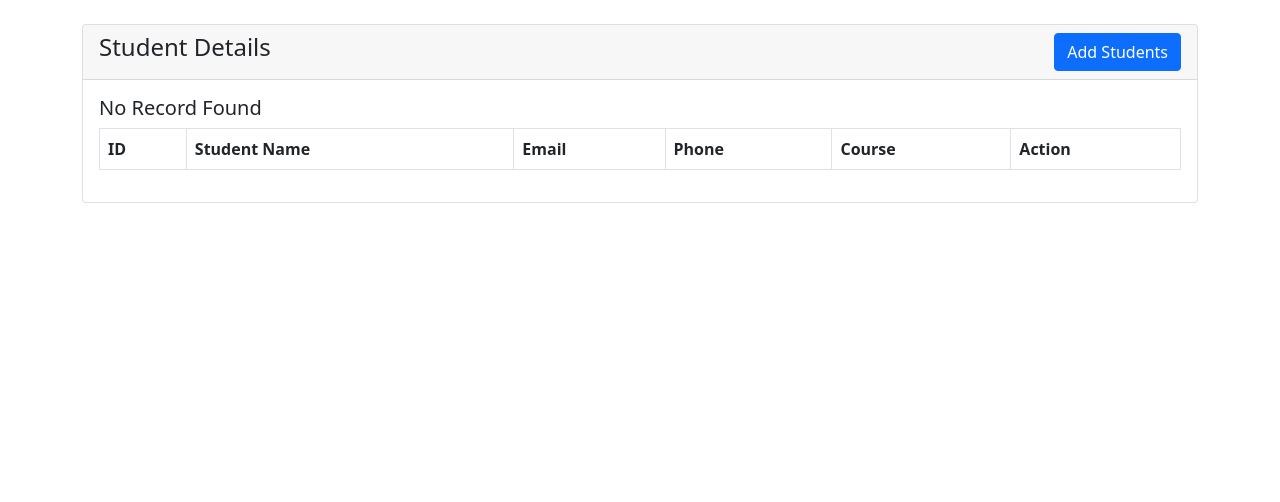
Repository: laurentbul/ApplicationEssai
Page: http://localhost/
The author's editor kept a copy of each file at every save. The page is drawn from the files as they stood at one save, then again after the next save.
The browser window is 1280 px wide. The pictures show the whole page.
The page is run by PHP 8.4 with error messages shown; the project is at /var/www/html/. Queries for data that is not in the repository find no rows.

Above is the page before, as saved 2023-04-13 06:51:39.

After the next save:
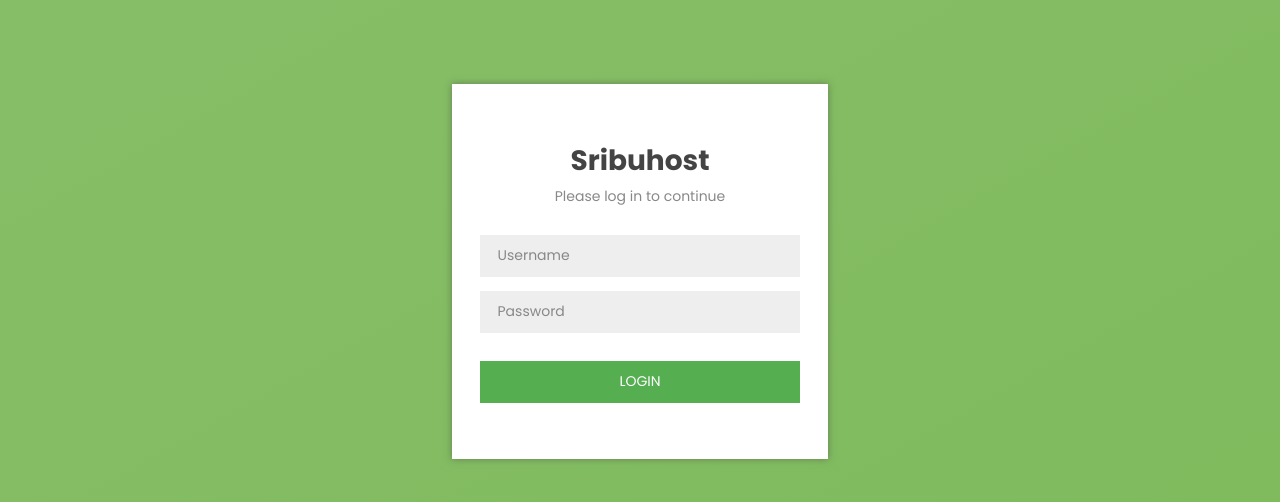
Saved 24 s later.
--- a/crud2/index.php
+++ b/crud2/index.php
@@ -1,89 +1,46 @@
 <?php
-    session_start();
-    require 'dbcon.php';
+
+session_start();
+
+if (isset($_SESSION['name'])) {
+  header('location: ./home.php');
+  exit;
+}
+
 ?>
-<!doctype html>
+
+<!DOCTYPE html>
 <html lang="en">
-  <head>
-    <!-- Required meta tags -->
-    <meta charset="utf-8">
-    <meta name="viewport" content="width=device-width, initial-scale=1">
 
-    <!-- Bootstrap CSS -->
-    <link href="https://cdn.jsdelivr.net/npm/bootstrap@5.1.3/dist/css/bootstrap.min.css" rel="stylesheet">
+<head>
+  <meta charset="UTF-8" />
+  <meta http-equiv="X-UA-Compatible" content="IE=edge" />
+  <meta name="viewport" content="width=device-width, initial-scale=1.0" />
+  <title>Login Form PHP MySQL With Session - Sribuhost</title>
 
-    <title>Student CRUD</title>
+  <link rel="stylesheet" href="./style.css" />
 </head>
+
 <body>
+  <div class="container">
+    <div class="box">
+      <h1 class="box__title">Sribuhost</h1>
+      <p class="box__subtitle">Please log in to continue</p>
+      <?php if (isset($_SESSION['login_failed'])) : ?>
+        <div class="alert">
+          Incorrect username or password!
+        </div>
+      <?php
+        unset($_SESSION['login_failed']);
+      endif;
+      ?>
+      <form action="./auth.php" method="post" class="form">
+        <input type="text" class="form__input" placeholder="Username" name="username" required />
+        <input type="password" class="form__input" placeholder="Password" name="password" required />
+        <button class="form__button" type="submit" name="submit">LOGIN</button>
+      </form>
+    </div>
+  </div>
+</body>
 
-    <div class="container mt-4">
-
-        <?php include('message.php'); ?>
-
-        <div class="row">
-            <div class="col-md-12">
-                <div class="card">
-                    <div class="card-header">
-                        <h4>Student Details
-                            <a href="student-create.php" class="btn btn-primary float-end">Add Students</a>
-                        </h4>
-                    </div>
-                    <div class="card-body">
-
-                        <table class="table table-bordered table-striped">
-                            <thead>
-                                <tr>
-                                    <th>ID</th>
-                                    <th>Student Name</th>
-                                    <th>Email</th>
-                                    <th>Phone</th>
-                                    <th>Course</th>
-                                    <th>Action</th>
-                                </tr>
-                            </thead>
-                            <tbody>
-                                <?php
-                                    $query = "SELECT * FROM students";
-                                    $query_run = mysqli_query($con, $query);
-
-                                    if(mysqli_num_rows($query_run) > 0)
-                                    {
-                                        foreach($query_run as $student)
-                                        {
-                                            ?>
-                                            <tr>
-                                                <td><?= $student['id']; ?></td>
-                                                <td><?= $student['name']; ?></td>
-                                                <td><?= $student['email']; ?></td>
-                                                <td><?= $student['phone']; ?></td>
-                                                <td><?= $student['course']; ?></td>
-                                                <td>
-                                                    <a href="student-view.php?id=<?= $student['id']; ?>" class="btn btn-info btn-sm">View</a>
-                                                    <a href="student-edit.php?id=<?= $student['id']; ?>" class="btn btn-success btn-sm">Edit</a>
-                                                    <form action="code.php" method="POST" class="d-inline">
-                                                        <button type="submit" name="delete_student" value="<?=$student['id'];?>" class="btn btn-danger btn-sm">Delete</button>
-                                                    </form>
-                                                </td>
-                                            </tr>
-                                            <?php
-                                        }
-                                    }
-                                    else
-                                    {
-                                        echo "<h5> No Record Found </h5>";
-                                    }
-                                ?>
-
-                            </tbody>
-                        </table>
-
-                    </div>
-                </div>
-            </div>
-        </div>
-    </div>
-
-    <script src="https://cdn.jsdelivr.net/npm/bootstrap@5.1.3/dist/js/bootstrap.bundle.min.js"></script>
-
-</body>
 </html>
